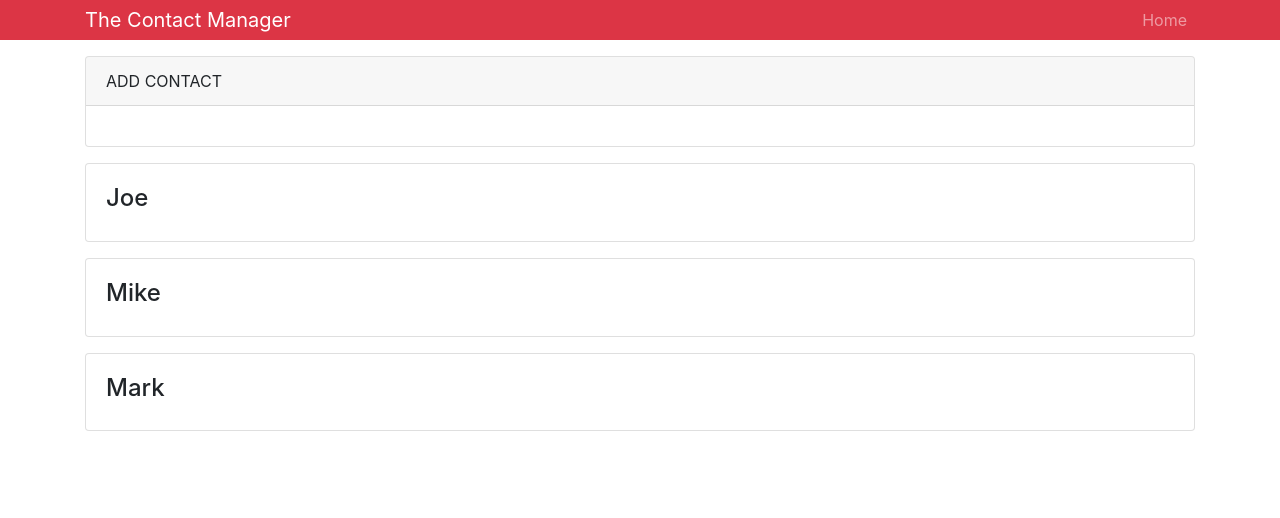
Repository: MikeTroianello/Contact-Manager
Page: /test
The author's editor kept a copy of each file at every save. The page is drawn from the files as they stood at one save, then again after the next save.
The browser window is 1280 px wide. The pictures show the whole page.
The project was rebuilt for these pictures with package versions that can differ from the ones it lists, and the page was loaded fresh each time. Also part of the build but not shown: src/App.css.

Above is the page before, as saved 2019-05-19 23:46:10.

### src/App.js
import React from "react";

import Header from "./components/layout/Header";
import Contacts from "./components/contacts/Contacts";
import { Provider } from "./context";
import AddContact from "./components/contacts/AddContact";
import "bootstrap/dist/css/bootstrap.min.css";
import "./App.css";

function App() {
  return (
    <Provider>
      <div className="App">
        <Header branding="The Contact Manager" />
        <div className="container">
          <AddContact />
          <Contacts />
        </div>
      </div>
    </Provider>
  );
}

export default App;

### src/components/layout/Header.js
import React from "react";
import PropTypes from "prop-types";

const Header = props => {
  const { branding } = props;
  return (
    <nav className="navbar navbar-expand-sm navbar-dark bg-danger mb-3 py-0">
      <div className="container">
        <a href="/" className="navbar-brand">
          {branding}
        </a>
        <div>
          <ul className="navbar-nav mr-auto">
            <a href="/" className="nav-link">
              Home
            </a>
          </ul>
        </div>
      </div>
    </nav>
  );
};

Header.defaultProps = {
  branding: "My App"
};

Header.propTypes = {
  branding: PropTypes.string.isRequired
};

export default Header;

### src/components/contacts/Contacts.js
import React, { Component } from "react";
import Contact from "./Contact";
import { Consumer } from "../../context";

class Contacts extends Component {
  //REVIEW HERE
  render() {
    return (
      <Consumer>
        {value => {
          const { contacts } = value;
          return (
            <React.Fragment>
              {contacts.map(contact => (
                <Contact key={contact.id} contact={contact} />
              ))}
            </React.Fragment>
          );
        }}
      </Consumer>
    );
  }
}

export default Contacts;

### src/context.js
import React, { Component } from "react";

const Context = React.createContext();

const reducer = (state, action) => {
  switch (action.type) {
    case "DELETE_CONTACT":
      return {
        ...state,
        contacts: state.contacts.filter(
          contact => contact.id !== action.payload
        )
      };
    default:
      return state;
  }
};

export class Provider extends Component {
  state = {
    contacts: [
      {
        id: 1,
        name: "Joe",
        email: "joe@mailbox.co",
        phone: "(123)456-7890"
      },
      {
        id: 2,
        name: "Mike",
        email: "mike@mailbox.co",
        phone: "(123)456-1111"
      },
      {
        id: 3,
        name: "Mark",
        email: "mark@mailbox.co",
        phone: "(123)456-2231"
      }
    ],
    dispatch: action => {
      this.setState(state => reducer(state, action));
    }
  };

  render() {
    return (
      <Context.Provider value={this.state}>
        {this.props.children}
      </Context.Provider>
    );
  }
}

export const Consumer = Context.Consumer;

### src/components/contacts/AddContact.js
import React, { Component } from "react";

class AddContact extends Component {
  state = {
    name: "",
    email: "",
    phone: ""
  };

  render() {
    return (
      <div className="card mb-3">
        <div className="card-header">ADD CONTACT</div>
        <div className="card-body">
          <form />
        </div>
      </div>
    );
  }
}

export default AddContact;

### src/components/contacts/Contact.js
import React, { Component } from "react";
import PropTypes from "prop-types";
import { Consumer } from "../../context";

class Contact extends Component {
  state = {
    showContactInfo: false
  };

  // onShowClick = e => {
  //   this.setState({ showContactInfo: !this.state.showContactInfo });
  // };

  onDeleteClick = (id, dispatch) => {
    dispatch({ type: "DELETE_CONTACT", payload: id });
  };

  render() {
    const { name, email, phone, id } = this.props.contact;
    const { showContactInfo } = this.state;

    return (
      <Consumer>
        {value => {
          const { dispatch } = value;
          return (
            <div className="card card-body mb-3">
              <h4>
                {name}{" "}
                <i
                  onClick={() =>
                    this.setState({
                      showContactInfo: !this.state.showContactInfo
                    })
                  }
                  className="fas fa-sort-down"
                  style={{ cursor: "pointer" }}
                />
                <i
                  className="fas fa-times"
                  style={{ cursor: "pointer", float: "right", color: "red" }}
                  onClick={this.onDeleteClick.bind(this, id, dispatch)}
                />
              </h4>
              {showContactInfo && (
                <ul className="list-group">
                  <li className="list-group-item">{email}</li>
                  <li className="list-group-item">{phone}</li>
                </ul>
              )}
            </div>
          );
        }}
      </Consumer>
    );
  }
}

Contact.propTypes = {
  contact: PropTypes.object.isRequired
};

export default Contact;

Loaded but not shown: src/index.js (common file); src/serviceWorker.js (common file)

After the next save:
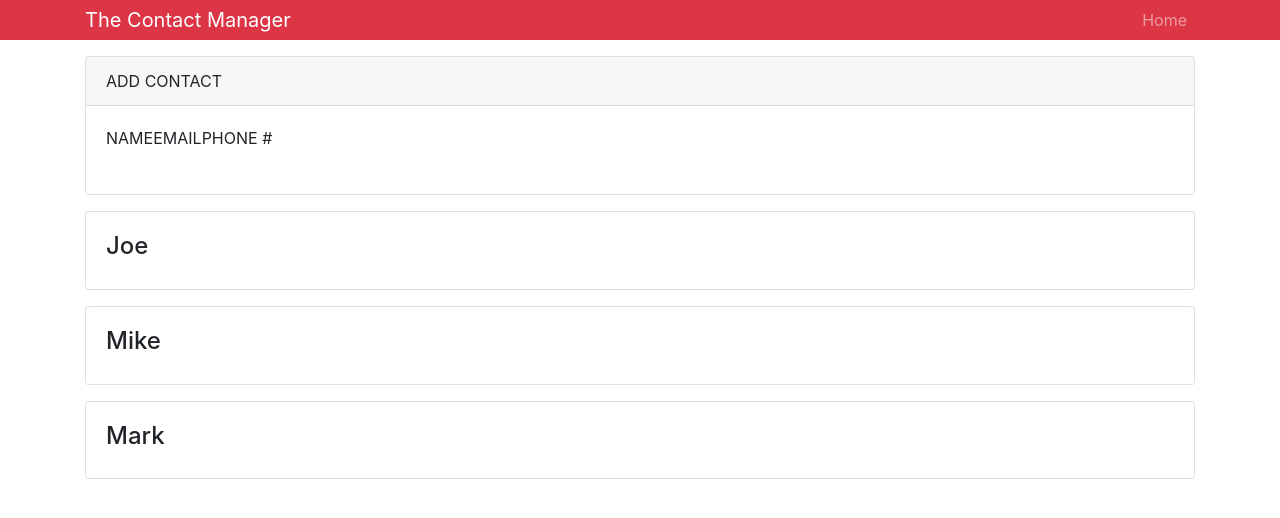
Saved 114 s later.
--- a/src/components/contacts/AddContact.js
+++ b/src/components/contacts/AddContact.js
@@ -12,7 +12,13 @@ class AddContact extends Component {
       <div className="card mb-3">
         <div className="card-header">ADD CONTACT</div>
         <div className="card-body">
-          <form />
+          <form>
+            <div className="form-group">
+              <label htmlFor="name">NAME</label>
+              <label htmlFor="email">EMAIL</label>
+              <label htmlFor="phone">PHONE #</label>
+            </div>
+          </form>
         </div>
       </div>
     );
